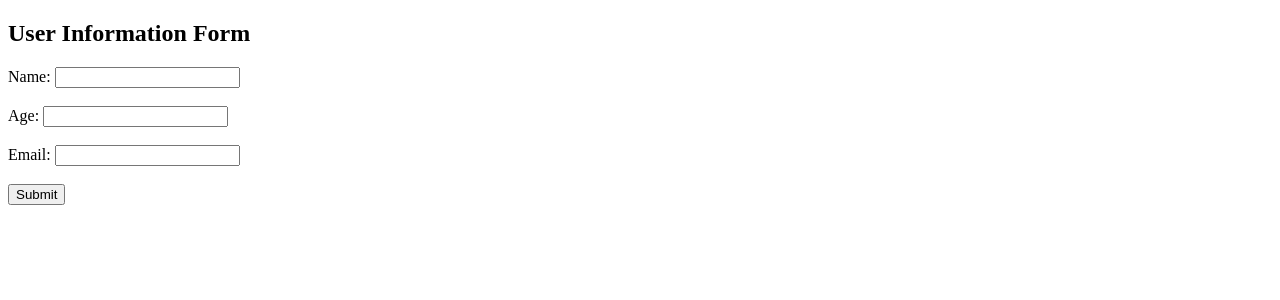
Repository: Mohitkumar1322/backend_dev
Page: http://localhost/
The author's editor kept a copy of each file at every save. The page is drawn from the files as they stood at one save, then again after the next save.
The browser window is 1280 px wide. The pictures show the whole page.
The page is served by the project's Node server (app.js).

Above is the page before, as saved 2024-10-30 20:48:12.

After the next save:
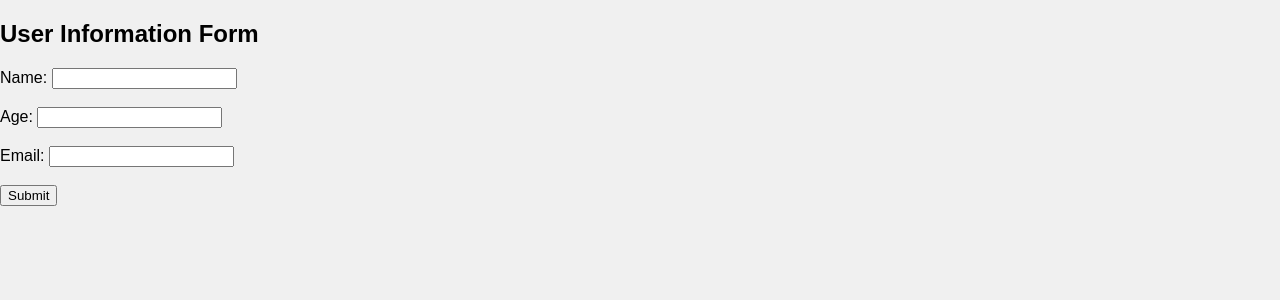
Saved 5 s later.
--- a/views/index.ejs
+++ b/views/index.ejs
@@ -4,7 +4,7 @@
     <meta charset="UTF-8">
     <meta name="viewport" content="width=device-width, initial-scale=1.0">
     <title>Basic Form</title>
-    <link rel="stylesheet" href="">
+    <link rel="stylesheet" href="index.css">
 </head>
 <body>
     <h2>User Information Form</h2>
